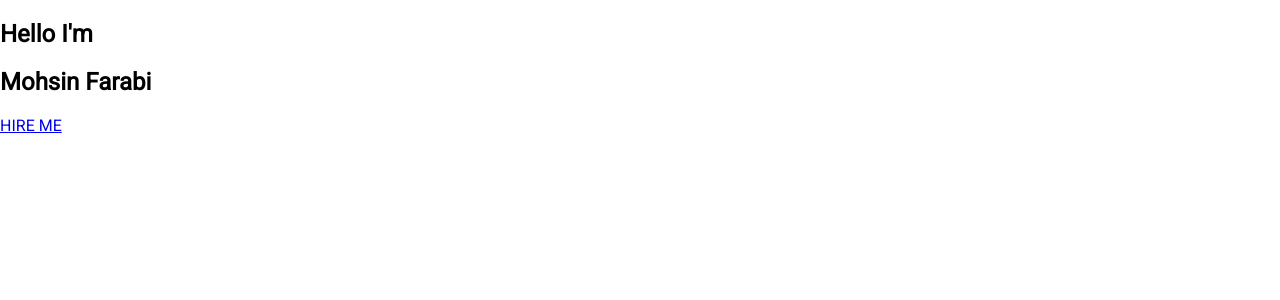
Repository: mohsinfarabi/personal-website
Page: index.html
The author's editor kept a copy of each file at every save. The page is drawn from the files as they stood at one save, then again after the next save.
The browser window is 1280 px wide. The pictures show the whole page.

Above is the page before, as saved 2020-07-01 02:58:20.

### index.html
<!DOCTYPE html>
<html lang="en">

<head>
    <meta charset="UTF-8">
    <meta name="viewport" content="width=device-width, initial-scale=1.0">
    <link href="https://fonts.googleapis.com/css2?family=Roboto" rel="stylesheet">
    <link rel="stylesheet" href="style.css">
    <title>Farabi - Web Developer</title>
</head>

<body>
    <section class="header-part">
        <div class="half-width">
            <h2>Hello I'm</h2>
            <h1>Mohsin Farabi</h1>
            <a class="link-button" target="_blank" href="https://www.linkedin.com/in/mohsin-farabi-68655040/">HIRE ME</a>
        </div>

    </section>



</body>

</html>

### style.css
    body {
        margin: 0;
        font-family: 'Roboto', sans-serif;
    }

After the next save:
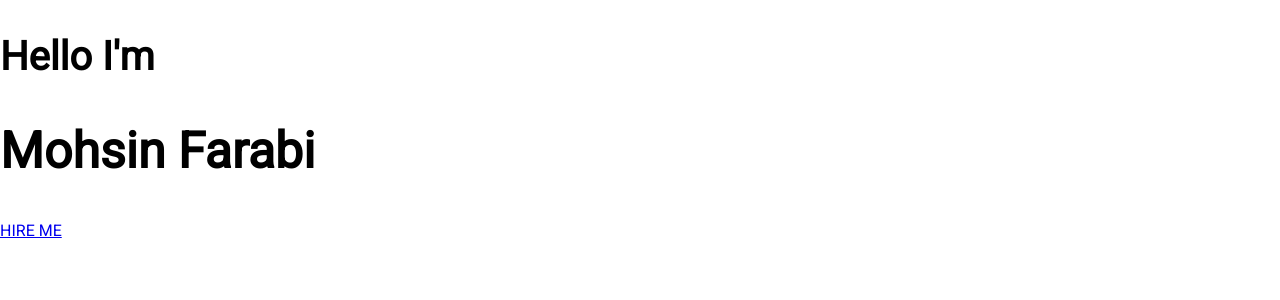
Saved 7 min 17 s later.
--- a/style.css
+++ b/style.css
@@ -2,3 +2,15 @@
         margin: 0;
         font-family: 'Roboto', sans-serif;
     }
+
+    h1 {
+        font-size: 50px;
+    }
+
+    h2 {
+        font-size: 40px;
+    }
+
+    p {
+        color: dimgray;
+    }
